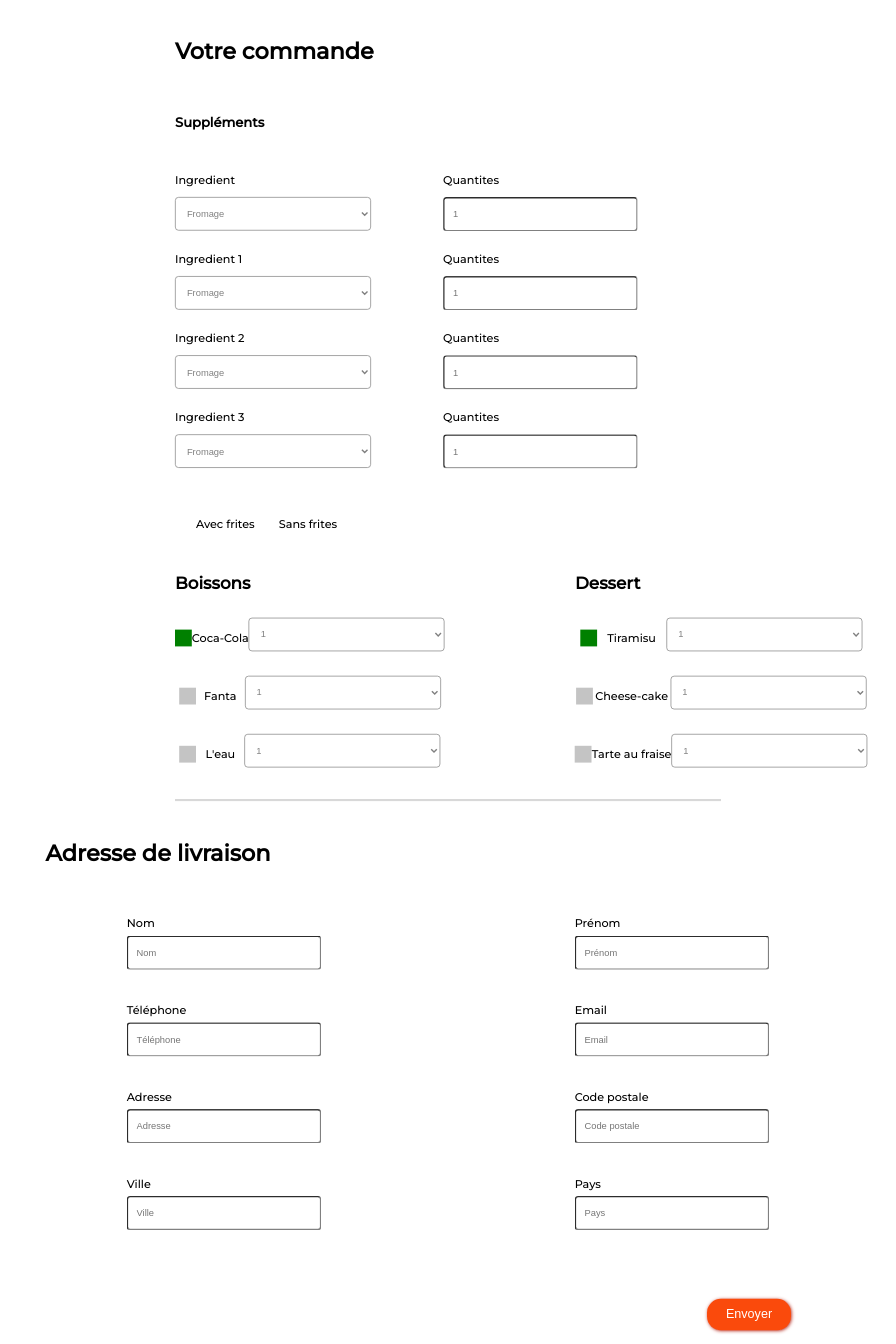
Repository: Ahlam-belhadj/bella-olange
Page: index2.html
The author's editor kept a copy of each file at every save. The page is drawn from the files as they stood at one save, then again after a run of saves.
The browser window is 1280 px wide. The pictures show the part of the page from y = 1308 to 3228 px (the page is 3279 px tall), at 70% of full size.

Above is the page before, as saved 2023-02-14 19:38:12.

### index2.html
<!DOCTYPE html>
<html lang="en">

<head>
    <meta charset="UTF-8">
    <meta http-equiv="X-UA-Compatible" content="IE=edge">
    <meta name="viewport" content="width=device-width, initial-scale=1.0">
    <link rel="stylesheet" href="https://cdnjs.cloudflare.com/ajax/libs/font-awesome/6.2.1/css/all.min.css" />
    <link rel="stylesheet" href="style2.css">
    <title>Bella olanje</title>
</head>

<body>
  <header>

    <nav>
      <ul class="nav-bar">
          <div class="logo"><a href='#'><img src="image/logo_bella_olonje.png" alt="jsp"></a></div>
          <input type="checkbox" id="check" />
          <span class="menu">
              <li><a href="index.html" class="nav-link">Home</a></li>
              <li><a href="#pizza" class="nav-link">Pizzas</a></li>
              <li><a href="#burger" class="nav-link">Burgers</a></li>
              <li><a href="#salades" class="nav-link">Salades</a></li>
              <li><a href="index3.html" class="nav-link">Contact</a></li>
              <label for="check" class="close-menu"><i class="fas fa-times"></i></label>
          </span>
          <label for="check" class="open-menu"><i class="fas fa-bars"></i></label>
      </ul>
  </nav>

    <div class="title">
        <div class="texte">
            <h3>Food app</h3>
            <h1>Chez Bella <br>
                chaque désire s'additionne.</h1>
        </div>
    </div>
</header>




    <main>
      <div class="infos" id="form-infos">
        <form>
          <h1>Vos informations</h1>

          <div class="grp_infos">
            <div class="nom_prenom">
              <div class="label1">
                <label class="label_nom">Nom</label><br>
                <input type="text" placeholder="Nom">
              </div>
              <div class="label1">
                <label class="label_nom">Prénom</label><br>
                <input type="text" placeholder="Prénom">
              </div>
            </div>

            <div class="telephone_email">
              <div class="label1">
                <label class="label_nom">Téléphone</label><br>
                <input type="text" placeholder="Téléphone">
              </div>
              <div class="label1">
                <label class="label_nom">Email</label><br>
                <input type="text" placeholder="Email">
              </div>
            </div>
          </div>
        </form>
      </div>

      <hr>

      <div class="commande">
        <form>
          <h1>Votre commande</h1>
          <h3>Suppléments</h3>
          <div class="grp_suppliment">
            <div class="ingredient_quantite">
              <div class="fromage">
                <label>Ingredient</label><br>
                <select name="ingr" class="suppléments">
                  <option value="fromage">Fromage</option>
                  <option value="fromage">Fromage</option>
                  <option value="fromage">Fromage</option>
                  <option value="fromage">Fromage</option>
                  <option value="fromage">Fromage</option>
                  <option value="fromage">Fromage</option>
                  <option value="fromage">Fromage</option>
                </select>
              </div>
              <div class="box">
                <label>Quantites</label><br>
                <input type="number" min="0" placeholder="1">
              </div>
            </div>

            <div class="ingredient_quantite">
             <div class="fromage">
                <label>Ingredient 1</label><br>
                <select name="ingr" class="suppléments">
                  <option value="fromage">Fromage</option>
                  <option value="fromage">Fromage</option>
                  <option value="fromage">Fromage</option>
                  <option value="fromage">Fromage</option>
                  <option value="fromage">Fromage</option>
                  <option value="fromage">Fromage</option>
                  <option value="fromage">Fromage</option>
                </select>
              </div>
              <div class="box">
                <label>Quantites</label><br>
                <input type="number" min="0" placeholder="1">
              </div>
            </div>

            <div class="ingredient_quantite">
              <div class="fromage">
                <label>Ingredient 2</label><br>
                <select name="ingr" class="suppléments">
                  <option value="fromage">Fromage</option>
                  <option value="fromage">Fromage</option>
                  <option value="fromage">Fromage</option>
                  <option value="fromage">Fromage</option>
                  <option value="fromage">Fromage</option>
                  <option value="fromage">Fromage</option>
                  <option value="fromage">Fromage</option>
                </select>
              </div>
              <div class="box">
                <label>Quantites</label><br>
                <input type="number" min="0" placeholder="1">
              </div>
            </div>

            <div class="ingredient_quantite">
              <div class="fromage">
                <label>Ingredient 3</label><br>
                <select name="ingr" class="suppléments">
                  <option value="fromage">Fromage</option>
                  <option value="fromage">Fromage</option>
                  <option value="fromage">Fromage</option>
                  <option value="fromage">Fromage</option>
                  <option value="fromage">Fromage</option>
                  <option value="fromage">Fromage</option>
                  <option value="fromage">Fromage</option>
                </select>
              </div>
              <div class="box">
                <label>Quantites</label><br>
                <input type="number" min="0" placeholder="1">
              </div>
            </div>
          </div>


          <div class="check2">
            <label class="container">Avec frites
              <input type="radio" checked="checked" name="radio">
              <span class="checkmark"></span>
            </label>
            <label class="container">Sans frites
              <input type="radio" name="radio">
              <span class="checkmark"></span>
            </label>
          </div>


          <div class="all">
            <div class="content_of_boisson">
                <h2>Boissons</h2>
                <div class="boissons">
                    <div class="carre"></div>
                    <label>Coca-Cola</label>
                    <select name="Fromage" class="Fromage" style="margin-top: 10px;">
                      <option value="">1</option>
                      <option value="">2</option>
                      <option value="">3</option>
                      <option value="">4</option>
                    </select>
                </div>
                <div class="boissons">
                    <div class="carre grey"></div>
                    <label>Fanta</label>
                    <select name="Fromage" class="Fromage" style="margin-top: 10px;">
                      <option value="">1</option>
                      <option value="">2</option>
                      <option value="">3</option>
                      <option value="">4</option>
                    </select>
                </div>
                <div class="boissons">
                    <div class="carre grey"></div>
                    <label>L'eau</label>
                    <select name="Fromage" class="Fromage" style="margin-top: 10px;">
                      <option value="">1</option>
                      <option value="">2</option>
                      <option value="">3</option>
                      <option value="">4</option>
                    </select>
                </div>
            </div>

            <div class="content_of_dessert">
                <h2>Dessert</h2>
                <div class="boissons dessert">
                    <div class="carre"></div>
                    <label>Tiramisu</label>
                    <select name="Fromage" class="Fromage" style="margin-top: 10px;">
                        <option value="">1</option>
                        <option value="">2</option>
                        <option value="">3</option>
                        <option value="">4</option>
                    </select>
                </div>
                <div class="boissons dessert">
                    <div class="carre grey"></div>
                    <label>Cheese-cake</label>
                    <select name="Fromage" class="Fromage" style="margin-top: 10px;">
                      <option value="">1</option>
                      <option value="">2</option>
                      <option value="">3</option>
                      <option value="">4</option>
                    </select>
                </div>
                <div class="boissons dessert">
                    <div class="carre grey"></div>
                    <label>Tarte au fraise</label>
                    <select name="Fromage" class="Fromage" style="margin-top: 10px;">
                      <option value="">1</option>
                      <option value="">2</option>
                      <option value="">3</option>
                      <option value="">4</option>
                    </select>
                </div>
            </div>
            </div>
        </form>
      </div>

      <hr>

      <div class="livraison">
        <form>
          <h1>Adresse de livraison</h1>
          <div class="grp_infos">
            <div class="nom_prenom">
              <div class="label1">
                <label class="label_nom">Nom</label><br>
                <input type="text" placeholder="Nom">
              </div>
              <div class="label1">
                <label class="label_nom">Prénom</label><br>
                <input type="text" placeholder="Prénom">
              </div>
            </div>

            <div class="telephone_email">
              <div class="label1">
                <label class="label_nom">Téléphone</label><br>
                <input type="text" placeholder="Téléphone">
              </div>
              <div class="label1">
                <label class="label_nom">Email</label><br>
                <input type="text" placeholder="Email">
              </div>
            </div>
            <div class="nom_prenom">
              <div class="label1">
                <label class="label_nom">Adresse</label><br>
                <input type="text" placeholder="Adresse">
              </div>
              <div class="label1">
                <label class="label_nom">Code postale</label><br>
                <input type="text" placeholder="Code postale">
              </div>
            </div>

            <div class="telephone_email">
              <div class="label1">
                <label class="label_nom">Ville</label><br>
                <input type="text" placeholder="Ville">
              </div>
              <div class="label1">
                <label class="label_nom">Pays</label><br>
                <input type="text" placeholder="Pays">
              </div>
            </div>
          </div>
            <div class="div_button"><button class="button" type="button">Envoyer</button></div>
        </form>

      </div>
    </main>

</body>

</html>

### style2.css
@import url('https://fonts.googleapis.com/css2?family=Montserrat:wght@100;200;500&display=swap');

body {
    font-family: Montserrat, sans-serif;
    margin: auto;
}


.logo img{
  height: 100px;
  width: 150px;
}


.nav-bar {
  display: flex;
  justify-content: space-between;
  align-items: center;
  list-style: none;
  position: relative;
  background-color: #FFF;
  padding: 12px 20px;
}

.menu {
  display: flex;
}

.menu li {
  padding-left: 20px;
  padding-right: 55px;
}

.menu li a {
  display: inline-block;
  text-decoration: none;
  color: #333;
  text-align: center;
  position: relative;
}

.menu li a:hover {
  color: #FA4A0C;
}

.open-menu {
  position: absolute;
  color: #FA4A0C;
  cursor: pointer;
  font-size: 1.5rem;
  display: none;
}

.close-menu {
  position: absolute;
  color: #333;
  cursor: pointer;
  font-size: 1.5rem;
  display: none;
  padding: 10px;
}

.open-menu {
  top: 50%;
  right: 20px;
  transform: translateY(-50%);
}

.close-menu {
  top: 20px;
  right: 20px;
}

#check {
  display: none;
}

@media(max-width: 920px) {
  .menu {
      flex-direction: column;
      align-items: center;
      width: 60%;
      height: 100vh;
      position: fixed;
      top: 0;
      right: -100%;
      z-index: 100;
      background-color: rgb(255, 88, 70);
      transition: all 0.2s ease-in-out;
      padding-top: 100px;
  }

  .menu li {
      margin-top: 40px;
  }

  .menu li a {
      padding: 10px;
      color: #FFF;
  }

  .open-menu {
      display: block;
      padding-right: 25px;
      padding-top: 13px;
  }

  .close-menu {
      display: block;
      color: #FFF;
      padding-right: 25px;
      padding-top: 22px;
  }

  #check:checked~.menu {
      right: 0;
  }

  .menu li a:hover {
      color: #333;
  }

  .nav-link {
      font-family: Montserrat;
      letter-spacing: .8px;
  }
}
.title {
  background-image: url(image/Rectangle\ 48.png);
  height: 619px;
  background-repeat: no-repeat;
  background-position: center;
  background-size: cover;



}

.texte{
    color: white;
    display: flex;
    align-items: center;
    justify-content: center;
    flex-direction: column;
    text-align: center;
    height: 50%;
}




/*infos*/


.ingredient_quantite{
    display: flex;
    flex-direction:row;
    justify-content: flex-start;
    gap: 10%;
    margin-bottom: 10px;
}


.label1 input {
    width: 250px;
    height: 35px;
    margin-bottom: 20px;
    margin-top: 8px;
    padding: 5px 12px;
    color: grey;
    border-radius: 5px;
    border-color: gray;
}


.infos h1 {
    padding: 85px;
}

hr {
    height: 3px;
    background-color:#d8d8d8;
    border: none;
    margin: 25px 250px 25px;
}

.nom_prenom {
    display: flex;
    justify-content: space-around;
    padding-right: 0px;
    padding-bottom: 28px;
}
.telephone_email {
    display: flex;
    justify-content: space-around;
    padding-right: 0px;
    padding-bottom: 28px;
}

/*infos*/

/*livraison*/

.livraison h1 {
    margin-left: 65px;
    padding-top: 30px;
    padding-bottom: 50px;
}
/*livraison*/

/*commande*/
.suppléments {
    width: 280px;
    height: 48px;
    margin-bottom: 20px;
    margin-top: 15px;
    padding: 5px 12px;
    color: grey;
    border-radius: 5px;
    border-color: gray;
    background-color: #FFFFFF;
}


.commande {
    margin-left: 250px;
}

.commande h1 {
    padding-top: 30px;
}

.commande h3 {
    padding-top: 50px;
    padding-bottom: 42px;
}

.box input {
    width: 250px;
    height: 35px;
    margin-bottom: 20px;
    margin-top: 15px;
    padding: 5px 12px;
    color: grey;
    border-radius: 5px;
    border-color: gray;
}

.boissons_dessert {
    display: flex;
    flex-direction: row;
}

/*commande*/


.div_button {
    padding: 50px 150px 70px 0px;
    display: flex;
    justify-content: flex-end;
}

button {
    border: 0;
    line-height: 2.5;
    width: 120px;
    padding: 0 18px;
    font-size: 18px;
    text-align: center;
    color: #fff;
    border-radius: 20px;
    background-color: #FA4A0C;
    box-shadow: 1px 1px 5px #B73227;
}


/*dessert et boissons*/

.avec, .sans {
    display: flex;
    flex-direction: row;
    justify-content: space-around;
    width: 150px;
    height: 40px;
    align-items: center;
}

.sans_f {
    padding-top: 39px;
    padding-left: 50px;
}
.avec_f {
    padding-left: 10px;
}

.boissons{
     display: flex;
    align-items: center;
    justify-content: space-around;
    /* width: 31rem; */
    padding-top: 5px;
}

.carre {
    width: 24px;
    height: 24px;
    background-color: green;
}

.carre.grey {
    background-color: #C4C4C4;
}

.all {
    display: flex;
}

.content_of_dessert {
    margin-left: 186px;
}

.Fromage {
    padding: 7px;
    border-radius: 5px;
    width: 280px;
    height: 48px;
    margin-bottom: 20px;
    margin-top: 8px;
    padding: 5px 12px;
    color: grey;
    border-radius: 5px;
    border-color: gray;
    background-color: #FFFFFF;
}
/*dessert et boissons*/


/*checkbox*/
.check2 {
    padding-top: 40px;
    padding-bottom: 40px;
}
.container {
    padding-left: 30px;
    margin-bottom: 12px;
    cursor: pointer;
    font-size: 16px;


  }

  .container input {
    position: absolute;
    opacity: 0;
    cursor: pointer;
  }

  .checkmark {
    position: absolute;
    top: 0;
    left: 0;
    height: 21px;
    width: 21px;
    background-color: rgba(176, 176, 176, 0.677);
    border-radius: 50%;
}




  .container input:checked  .checkmark {
    background-color: #2e3983;
  }

  .checkmark:after {
    position: absolute;
    display: none;
  }

  .container input:checked ~ .checkmark:after {
    display: block;
  }

  .container .checkmark:after {
       top: 9px;
      left: 9px;
      width: 8px;
      background: white;
  }
/*checkbox*/

@media (max-width:650px) {
  .nom_prenom {
      display: flex;
      flex-direction: column;
      padding-left: 15%;
  }

  .telephone_email {
      display: flex;
      flex-direction: column;
      padding-left: 15%;
  }

  .ingredient_quantite{
    display: flex;
    flex-direction: column;
  }

  .all{
    display: flex;
    flex-direction: column;
  }

  .content_of_dessert{
    margin-left: 0px;
  }

  .Fromage{
    width: 20px;
  }

  .commande {
    margin-left: 60px;
}


h2{
  text-align: center;
}

h1{
  text-align: center;
}

.livraison h1 {
  margin-left: 5px;
}


}

@media screen and (min-width:651px) and (max-width:1199px) {
  .nom_prenom {
    display: flex;
    flex-direction: column;
    padding-left: 15%;
}

.telephone_email {
    display: flex;
    flex-direction: column;
    padding-left: 15%;
}

.ingredient_quantite{
  display: flex;
  flex-direction: column;
}

.all{
  display: flex;
  flex-direction: column;
}

.content_of_dessert{
  margin-left: 0px;
}

.Fromage{
  width: 100px;
}

h2{
  text-align: center;
}
h1{
  text-align: center;
}

.label1 input {
  width: 550px;

}

.suppléments {
  width: 550px;
}


.box input {
  width: 520px;
}

.commande {
  margin-left: 150px;
}
.content_of_boisson {
  padding-right: 550px;
}

.content_of_dessert {
  padding-right: 550px;
}
}

After the next 2 saves:
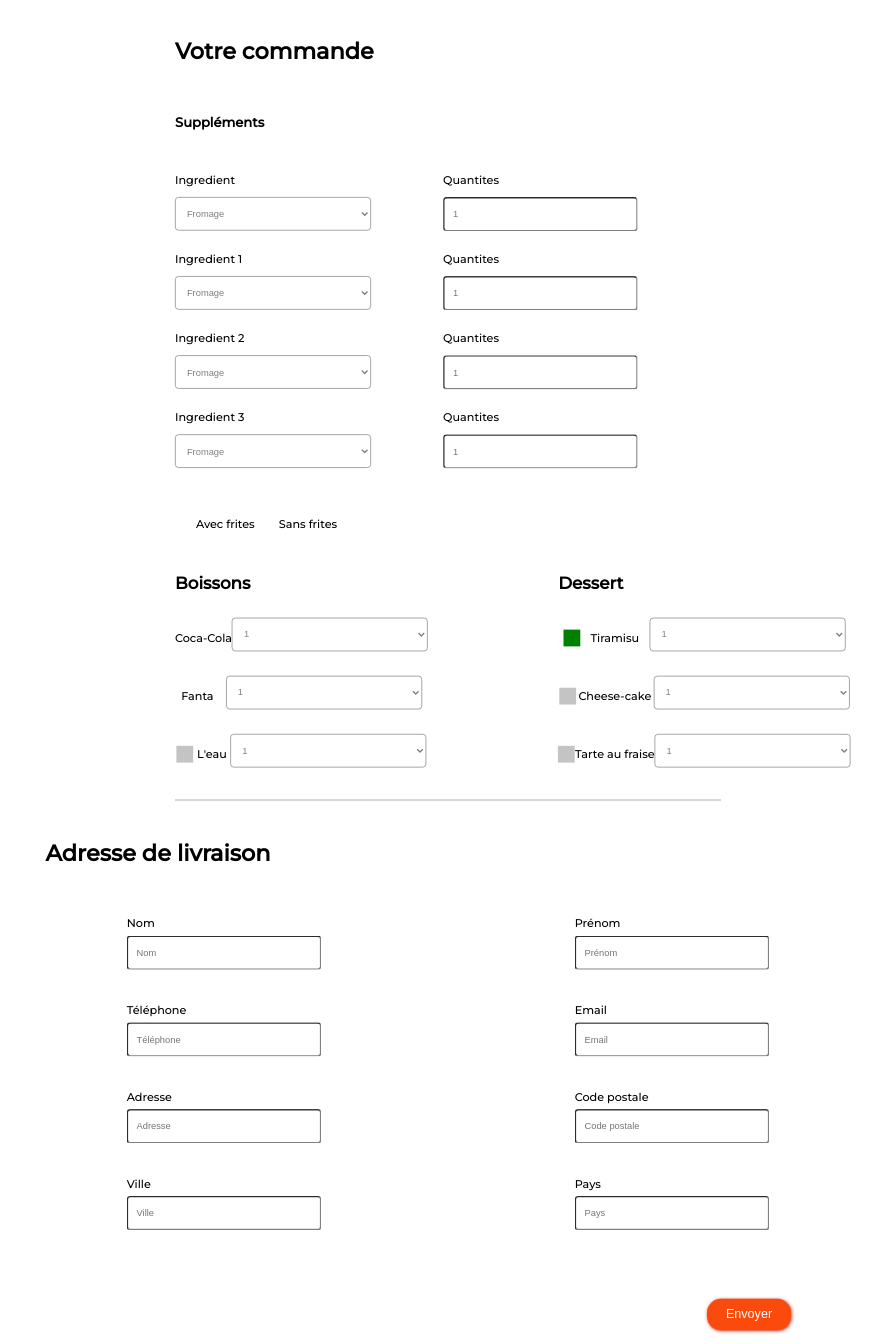
The 2 saves are shown as one change because they came seconds apart.
The last was saved 4 min 27 s later.
--- a/index2.html
+++ b/index2.html
@@ -173,7 +173,7 @@
             <div class="content_of_boisson">
                 <h2>Boissons</h2>
                 <div class="boissons">
-                    <div class="carre"></div>
+                    <!-- <div class="carre"></div> -->
                     <label>Coca-Cola</label>
                     <select name="Fromage" class="Fromage" style="margin-top: 10px;">
                       <option value="">1</option>
@@ -183,7 +183,7 @@
                     </select>
                 </div>
                 <div class="boissons">
-                    <div class="carre grey"></div>
+                    <!-- <div class="carre grey"></div> -->
                     <label>Fanta</label>
                     <select name="Fromage" class="Fromage" style="margin-top: 10px;">
                       <option value="">1</option>
